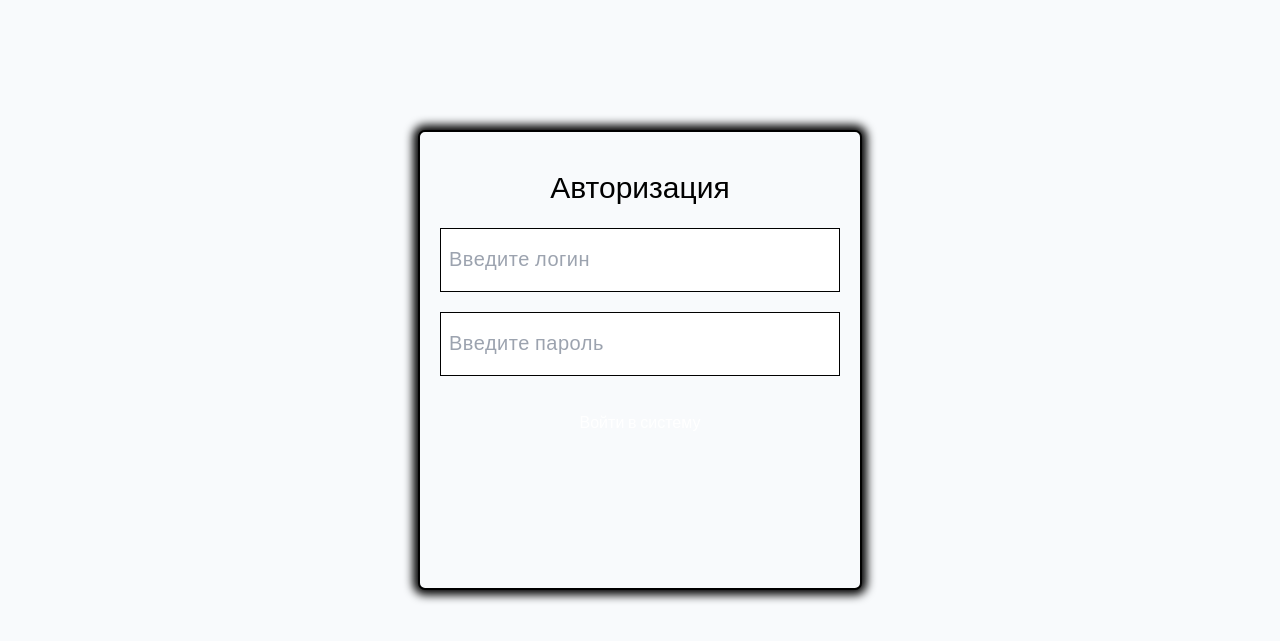
Repository: AlearvickOne/CartridgesApp
Page: /
An editor plug-in stored every save of this project. The page is shown before and after the next save, followed by the edit.
The browser window is 1280 px wide. The pictures show the whole page.
The page's requests for data from a server got no answer. The project was rebuilt for these pictures with package versions that can differ from the ones it lists, and the page was loaded fresh each time. The framework's server and built-in components were replaced by stand-ins that run in the browser. No one was signed in, and anything a server would have sent is missing. Also part of the build but not shown: next.config.mjs.

Above is the page before, as saved 2024-04-19 15:56:16.

### src/app/layout.tsx
import type { Metadata } from "next";
import { Catamaran } from "next/font/google";
import "./globals.scss";
import { AuthProvider } from "@/Providers/AuthProvider";
import { QueryProvider } from "@/Providers/QueryProvider";

const catamaran = Catamaran({ subsets: ["latin"], weight: ["100", "200", "400", "900"] });

export const metadata: Metadata = {
  title: "Cartridge App",
  description: "Application cartridge",
};

export default function RootLayout({
  children,
}: Readonly<{
  children: React.ReactNode;
}>) {
  return (
    <html lang="en">
      <body className={catamaran.className}>
        <QueryProvider>
          <AuthProvider>{children}</AuthProvider>
        </QueryProvider>
      </body>
    </html>
  );
}

### src/app/page.tsx
import { redirect } from "next/navigation";
import AuthorizationPage from "../components/AuthorizationPage";
import { auth, signIn } from "./api/auth/configs/auth";
import { FormEventHandler } from "react";
import { SignInError } from "@auth/core/errors";
import { AuthError } from "next-auth";
import { unknown } from "zod";

export default async function Home() {
  const session = await auth();

  const handleSubmit = async (
    login: FormDataEntryValue | null,
    password: FormDataEntryValue | null
  ) => {
    "use server";

    try {
      await signIn("credentials", {
        login: login,
        password: password,
        redirectTo: "/lobby",
      });
    } catch (error) {
      if (error instanceof AuthError) {
        switch (error.type) {
          case "CredentialsSignin":
            return "Неверный логин или пароль";
          default:
            return "Not found error";
        }
      }
      throw error;
    }
  };

  return (
    <div>
      <AuthorizationPage handleSubmit={handleSubmit} />
    </div>
  );
}

### src/Providers/AuthProvider.tsx
"use client";

import { SessionProvider } from "next-auth/react";
import { PropsWithChildren } from "react";

export const AuthProvider = ({ children }: PropsWithChildren) => {
  return <SessionProvider>{children}</SessionProvider>;
};

### src/Providers/QueryProvider.tsx
"use client";

import { QueryClient, QueryClientProvider } from "@tanstack/react-query";
import { PropsWithChildren } from "react";

const queryClient = new QueryClient();

export function QueryProvider({ children }: PropsWithChildren) {
  return <QueryClientProvider client={queryClient}>{children}</QueryClientProvider>;
}

### src/components/AuthorizationPage.tsx
"use client";
import styles from "@/styles/home/Home.module.scss";
import { useSession } from "next-auth/react";
import Image from "next/image";
import { useRouter } from "next/navigation";
import { useEffect, useState } from "react";
import SyncIcon from "@mui/icons-material/Sync";

interface ISession {
  handleSubmit: (login: FormDataEntryValue | null, password: FormDataEntryValue | null) => void;
}

function AuthorizationPage({ handleSubmit }: ISession) {
  const [isClick, setIsClick] = useState<boolean>(false);
  const [errorMessage, setErrorMessage] = useState<string | unknown>("");

  const session = useSession();
  console.log(isClick);

  return (
    <main className={styles.authContainer}>
      <div className={styles.authForm_wrapper}>
        <h1 className="mb-5 text-center text-xl">Авторизация</h1>
        <form
          action={async (formData) => {
            const res = await handleSubmit(formData.get("login"), formData.get("password"));
            typeof res !== "undefined" ? setIsClick(false) : setIsClick(true);
            setErrorMessage(res);
          }}
          className={styles.authForm}
        >
          <input type="text" name="login" placeholder="Введите логин" />
          <input type="password" name="password" placeholder="Введите пароль" />
          <button type="submit" onClick={() => setIsClick(true)}>
            {isClick ? <SyncIcon className="animate-spin" /> : "Войти в систему"}
          </button>

          {isClick ? (
            <></>
          ) : (
            <p className="mt-5 text-center text-rose-800 text-xl">{errorMessage as string}</p>
          )}
        </form>
      </div>
    </main>
  );
}

export default AuthorizationPage;

### src/app/api/auth/configs/auth.ts
import NextAuth from "next-auth";
import CredentialsProvider from "next-auth/providers/credentials";
import { UsersAuthStore } from "@/stores/usersStore";
import { IUsersAuth } from "@/types/auth.interface";
import { Provider } from "next-auth/providers";
import { signInSchema } from "../utils/zod";
import { ZodError } from "zod";

const providers: Provider[] = [
  CredentialsProvider({
    credentials: {
      login: { label: "text", type: "text" },
    },
    authorize: async (credentials) => {
      try {
        const { login, password } = await signInSchema.parseAsync(credentials);

        await UsersAuthStore.getAuthUsersActon();
        const user = UsersAuthStore.usersAuth.find((person) => {
          if (person?.login === login && person.password === password) return person;
        });

        if (!user) {
          throw Error("user not found");
        }

        return user as IUsersAuth;
      } catch (error) {
        if (error instanceof ZodError) return null;
        return null;
      }
    },
  }),
];

export const configAuth = {
  providers,
  // pages: { signIn: "/" },
  secret: process.env.AUTH_SECRET,
};

export const {
  auth,
  signIn,
  signOut,
  handlers: { GET, POST },
} = NextAuth(configAuth);

### src/styles/home/Home.module.scss
.authContainer {
  @apply flex justify-center items-center h-screen bg-slate-50 transition-all;

  .authForm_wrapper {
    @apply border-[2px] border-black rounded-[7px] py-10 px-5  bg-slate-50   text-black  shadow-upmd shadow-black;

    > h1 {
      @apply text-black text-3xl;
    }

    .authForm {
      @apply flex flex-col min-w-[25rem] min-h-[20rem];

      > input {
        @apply mb-5 px-2 text-xl tracking-wide outline-gray-900 border-[1px] border-black bg-white text-black w-full h-16;
      }

      > button {
        @apply p-2 rounded-xl hover:text-violet-200 text-white h-14;
      }
    }
  }
}

### src/stores/usersStore.tsx
import { IUsersAuth } from "@/types/auth.interface";
import { RequiresClass } from "../services/requires.class";

import { observable, action, makeObservable } from "mobx";

class UsersStore {
  usersAuth: IUsersAuth[] = [];

  constructor() {
    makeObservable(this, {
      usersAuth: observable,
      getAuthUsersActon: action,
    });
  }

  getAuthUsersActon = async () => {
    try {
      const res = await RequiresClass.getUserAuthInfo();
      this.usersAuth = res.data;
    } catch (err) {
      console.warn(err);
    }
  };
}

export const UsersAuthStore = new UsersStore();

### src/app/api/auth/utils/zod.ts
import { object, string } from "zod";

export const signInSchema = object({
  login: string({ required_error: "login is required" })
    .min(1, "login is required")
    .max(20, "Длина логина должна составлять не более 20 символов"),
  password: string({ required_error: "Password is required" })
    .min(1, "Пароль должен быть больше")
    .max(20, "Пароль не должен быть больше 20 символов"),
});

### src/services/requires.class.ts
import { IUsersAuth } from "@/types/auth.interface";
import axios from "axios";

class Requires {
  private URL = "https://661e51d298427bbbef042f3e.mockapi.io/";

  async getUserAuthInfo() {
    return await axios.get<IUsersAuth[]>(`${this.URL}users`);
  }
}

export const RequiresClass = new Requires();

### tailwind.config.ts
import type { Config } from "tailwindcss";

const config: Config = {
  content: [
    "./src/pages/**/*.{js,ts,jsx,tsx,mdx}",
    "./src/components/**/*.{js,ts,jsx,tsx,mdx}",
    "./src/app/**/*.{js,ts,jsx,tsx,mdx}",
  ],
  theme: {
    extend: {
      boxShadow: {
        upmd: "0px 0px 10px 5px rgba(0, 0, 0, 0.3)",
      },
      backgroundImage: {
        "gradient-radial": "radial-gradient(var(--tw-gradient-stops))",
        "gradient-conic": "conic-gradient(from 180deg at 50% 50%, var(--tw-gradient-stops))",
      },
    },
  },
  plugins: [],
};
export default config;

Loaded but not shown: src/app/globals.scss (common file)

After the next save:
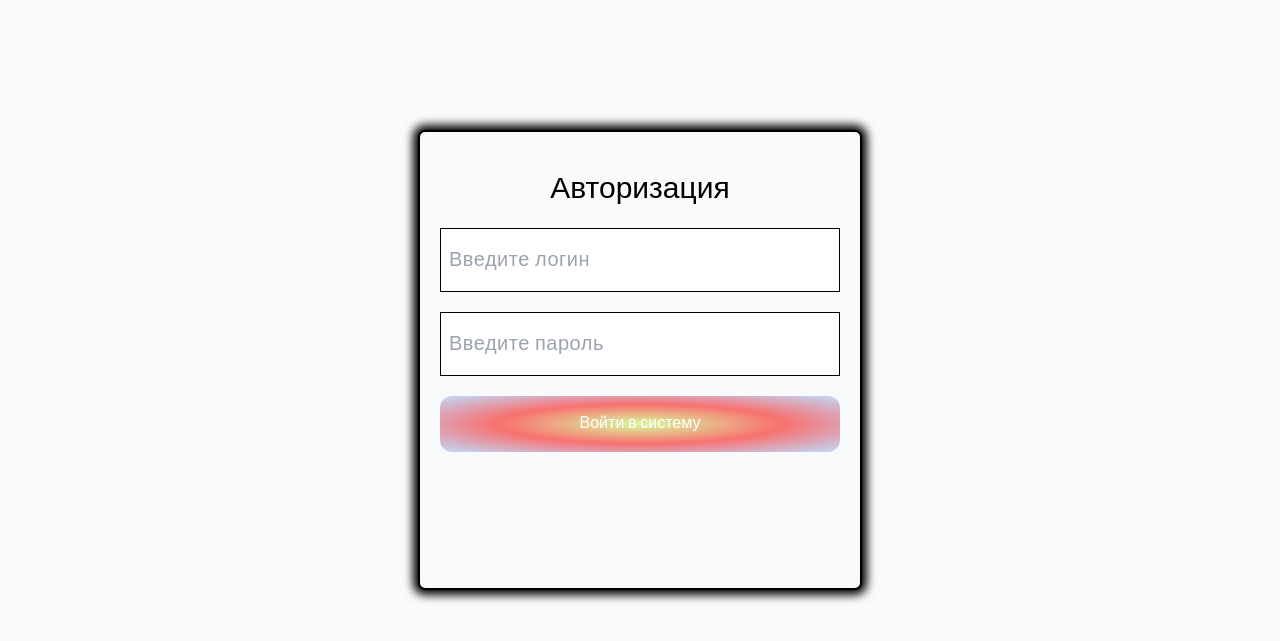
Saved 100 s later.
--- a/src/styles/home/Home.module.scss
+++ b/src/styles/home/Home.module.scss
@@ -16,7 +16,7 @@
       }
 
       > button {
-        @apply p-2 rounded-xl hover:text-violet-200 text-white h-14;
+        @apply p-2 rounded-xl hover:text-violet-200 text-white h-14 bg-gradient-radial from-lime-200 via-red-400 to-blue-200;
       }
     }
   }
